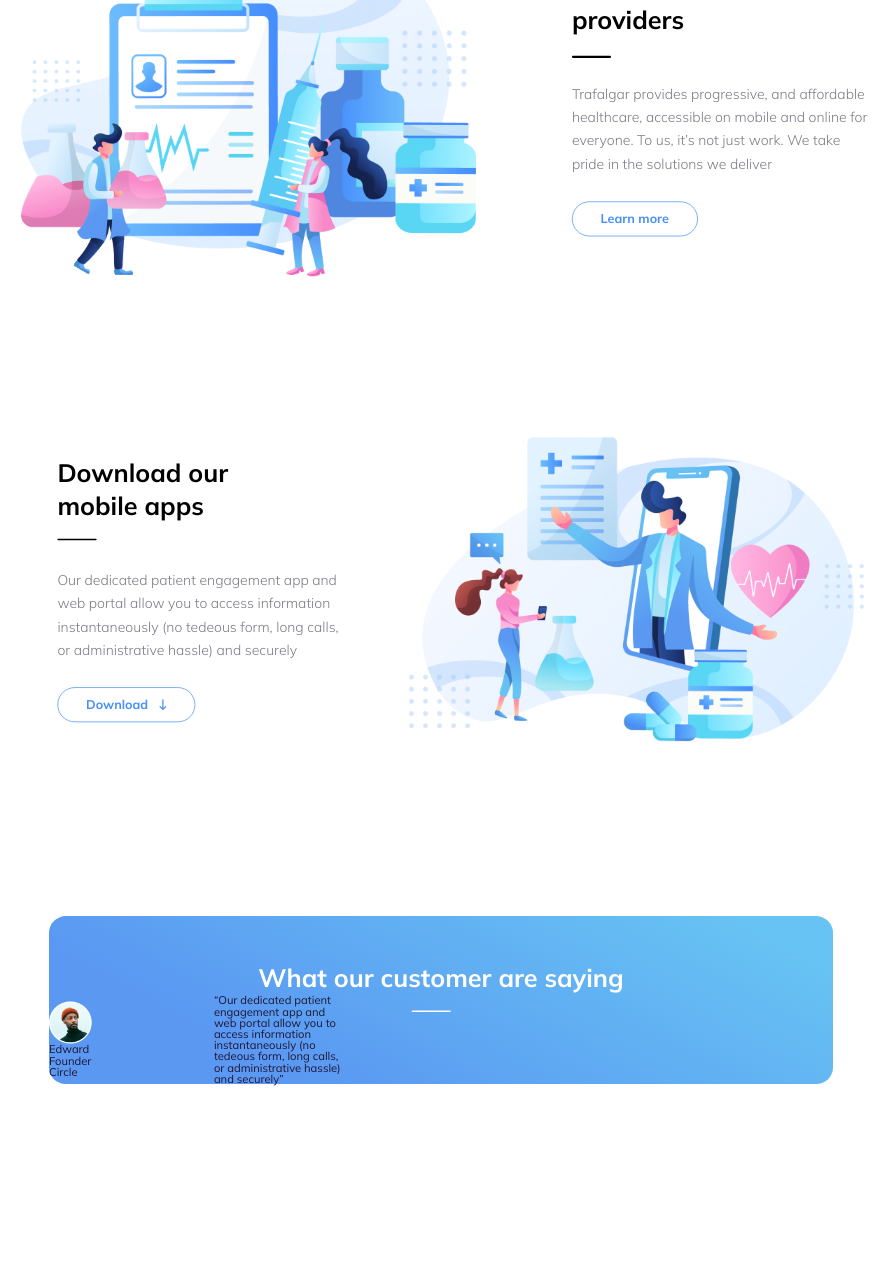
Repository: tungcutte35/Trafalgar
Page: index.html
An editor plug-in stored every save of this project. The page is shown before and after the next save, followed by the edit.
The browser window is 1280 px wide. The pictures show the part of the page from y = 2434 to 4354 px (the page is 4261 px tall before and 4354 px after), at 70% of full size.
The style sheet was rebuilt from its Sass, Less or Tailwind sources for each picture, by a compiler version that may differ from the author's.

Above is the page before, as saved 2021-10-18 00:24:53.

After the next save:
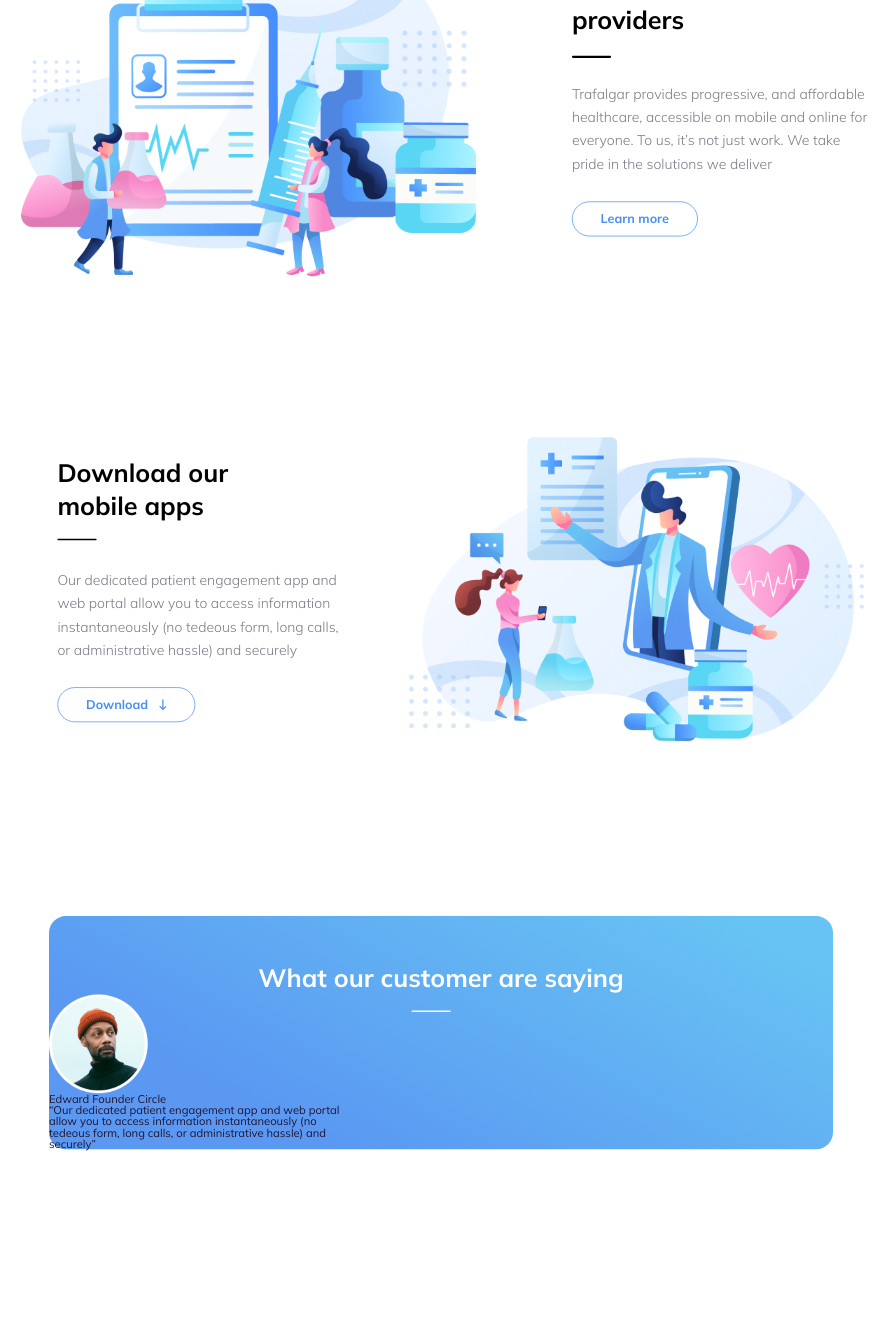
Saved 100 s later.
--- a/sass/_customer.scss
+++ b/sass/_customer.scss
@@ -32,9 +32,7 @@
   }
   &-seconds {
     max-width: 420px;
-    display: flex;
-    justify-content: space-between;
-    align-items: center;
-    gap: 0 175px;
+  }
+  &-name {
   }
 }
